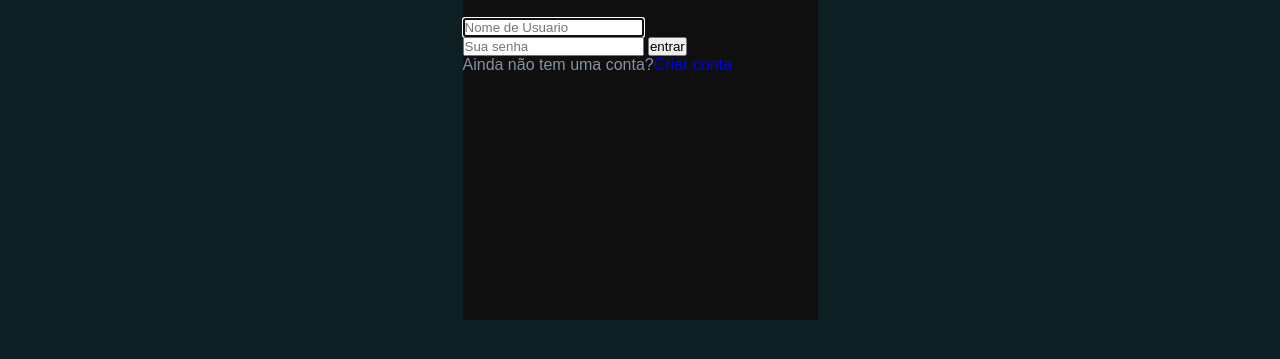
Repository: ichumbo/StarkDashboard
Page: login.html
An editor plug-in stored every save of this project. The page is shown before and after the next save, followed by the edit.
The browser window is 1280 px wide. The pictures show the whole page.

Above is the page before, as saved 2023-06-14 00:27:46.

After the next save:
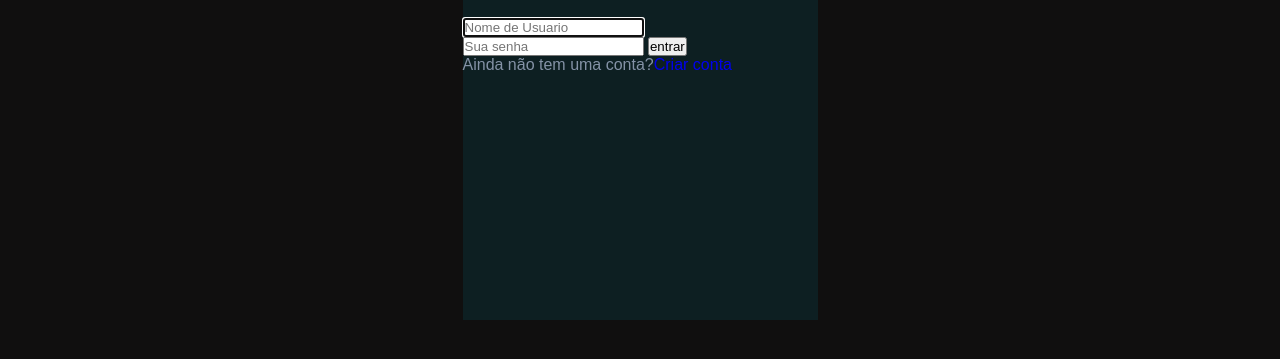
Saved 24 s later.
--- a/css/login.css
+++ b/css/login.css
@@ -1,5 +1,5 @@
 #login-bg {
-    background-color: var(--bg-body-dark);
+    background-color: var(--color-dark);
     overflow: hidden;
 }
 
@@ -10,7 +10,7 @@
 }
 
 .login {
-    background-color: var(--color-dark);
+    background-color: var(--bg-body-dark);
     width: 355px;
     height: 320px;
 }

After the save that followed:
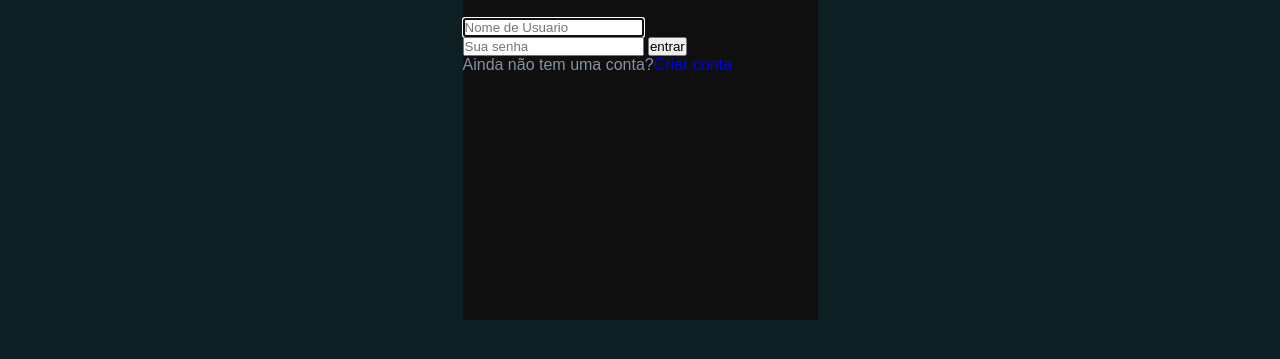
Saved 37 s later.
--- a/css/login.css
+++ b/css/login.css
@@ -1,5 +1,5 @@
 #login-bg {
-    background-color: var(--color-dark);
+    background-color: var(--bg-body-dark);
     overflow: hidden;
 }
 
@@ -10,7 +10,7 @@
 }
 
 .login {
-    background-color: var(--bg-body-dark);
+    background-color: var(--color-dark);
     width: 355px;
     height: 320px;
 }
